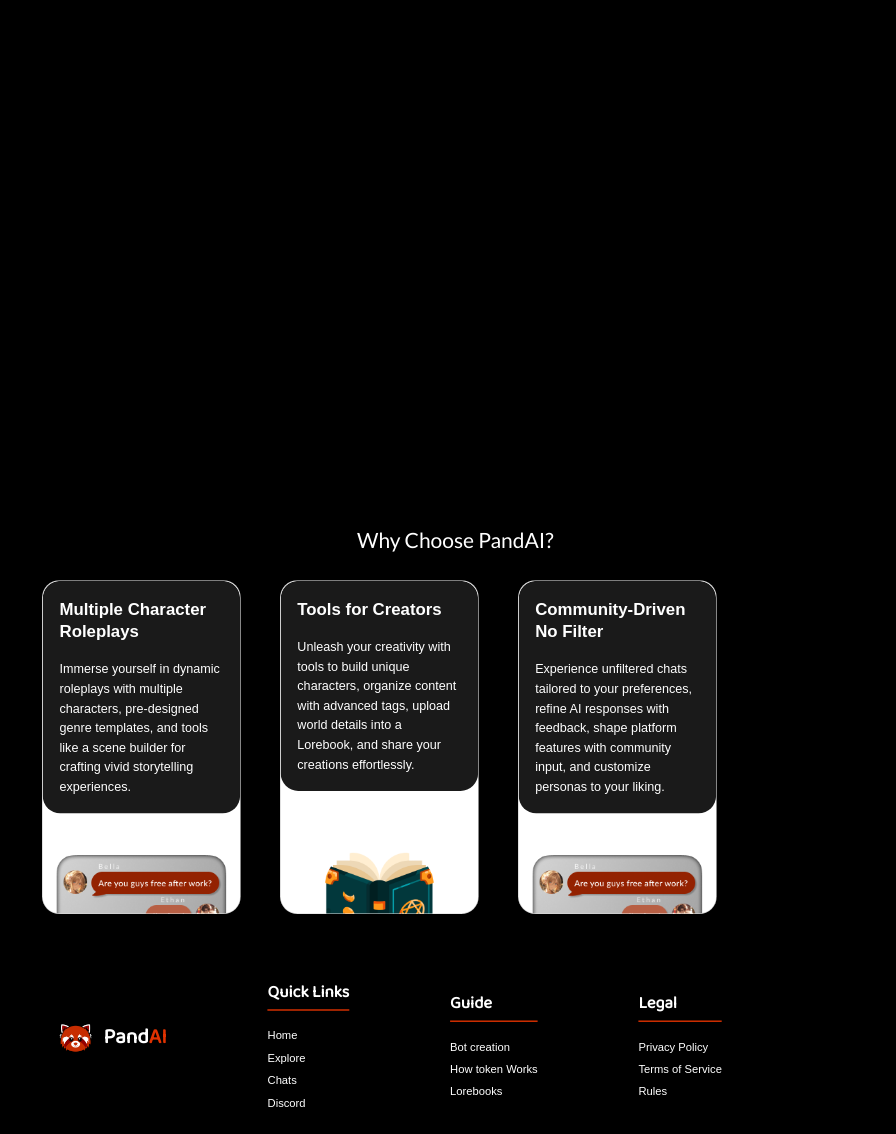
Repository: PandamoniumAI/Pandamonium
Page: /preview
An editor plug-in stored every save of this project. The page is shown before and after the next save, followed by the edit.
The browser window is 1280 px wide. The pictures show the part of the page from y = 847 to 2767 px (the page is 2467 px tall before and 2767 px after), at 70% of full size.
Some web libraries are served in a nearby version. The project was rebuilt for these pictures with package versions that can differ from the ones it lists, and the page was loaded fresh each time. Also part of the build but not shown: vite.config.js, src/Utils/Utils.js, src/Components/SearchBar/SearchBar.jsx, src/Components/CSS/CharacterCard.css, src/Components/CharacterCard/CharacterCard.jsx, src/Components/CSS/CharacterCardModal.css, src/Components/CharacterCardModal/CharacterCardModal.jsx, src/Components/CSS/Tags.css and 15 more.

Above is the page before, as saved 2025-01-01 21:40:08.

After the next save:
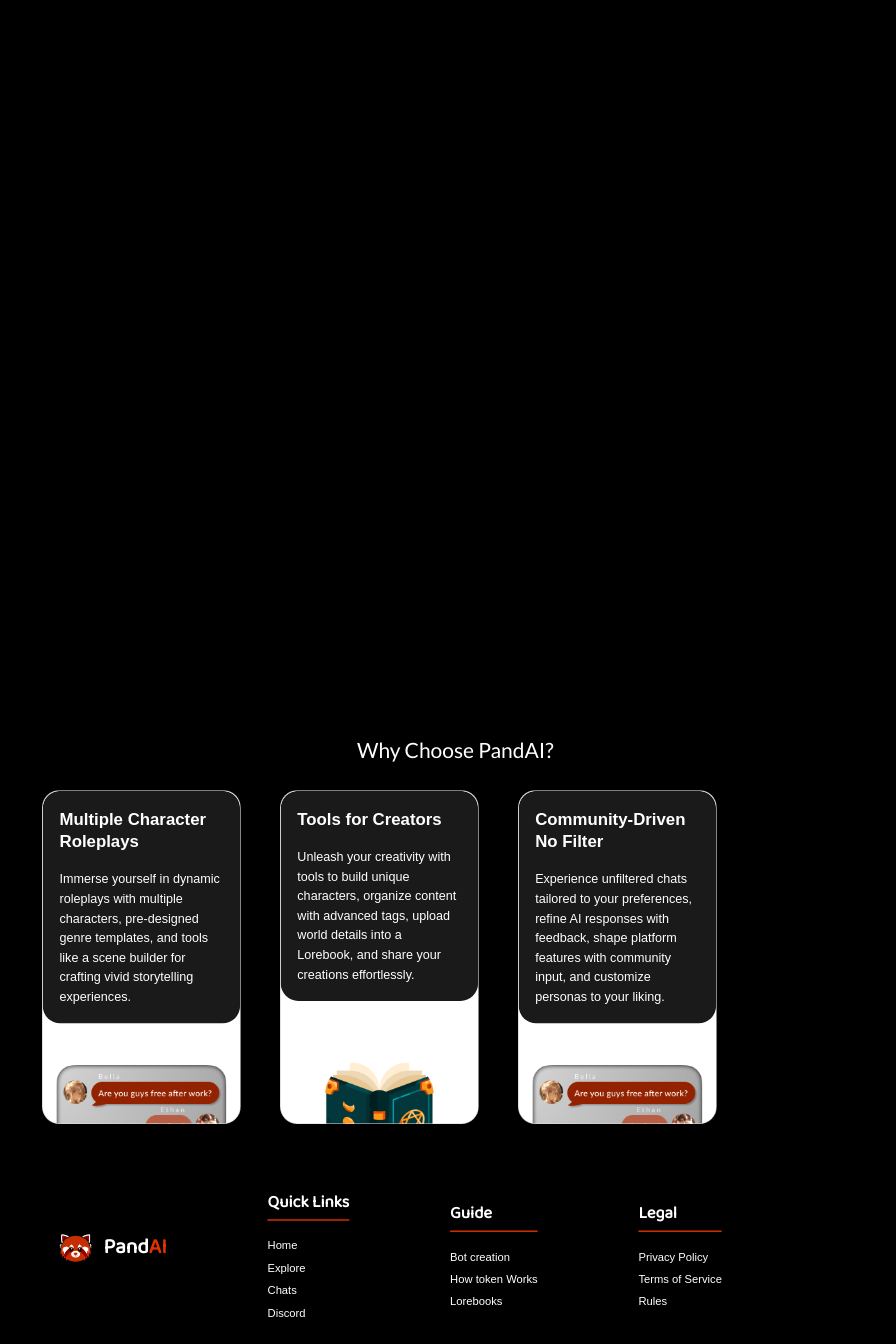
Saved 7 s later.
--- a/src/Preview/Preview.jsx
+++ b/src/Preview/Preview.jsx
@@ -91,8 +91,8 @@
         </div>
       </div>
 
-      <div className="infostart absolute bg-black" style={{top: "900px"}}>
-      <div className="info px-10 relative bg-black" style={{top: "700px"}}>
+      <div className="infostart absolute bg-black" style={{top: "1000px"}}>
+      <div className="info px-10 relative bg-black" style={{top: "900px"}}>
         <div className="infotext mb-8 text-white">
           <h1 className="text-3xl font-lato text-white ml-[450px]">
             Why Choose PandAI?
